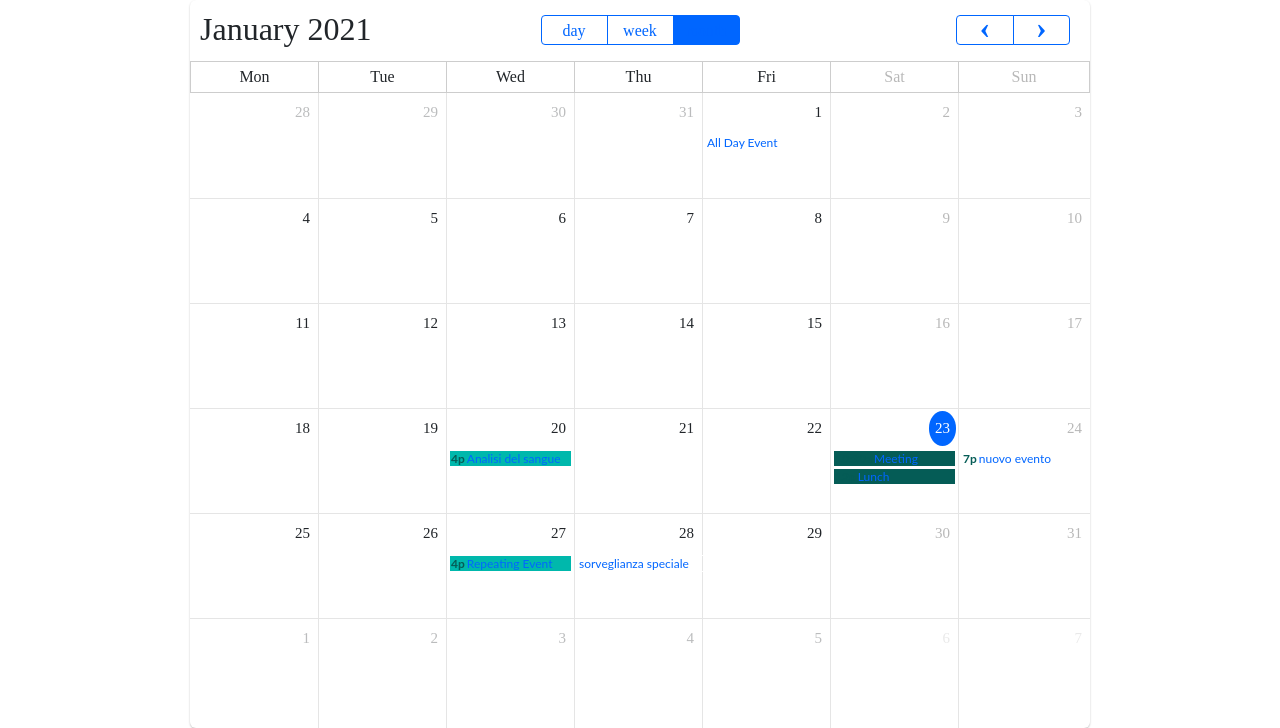
Repository: mohole/icare
Page: sviluppo/calendar/calendar.html
The author's editor kept a copy of each file at every save. The page is drawn from the files as they stood at one save, then again after the next save.
The browser window is 1280 px wide. The pictures show the whole page.
Some web fonts or font styles are not loaded; a fallback is used.

Above is the page before, as saved 2021-01-25 10:38:14.

After the next save:
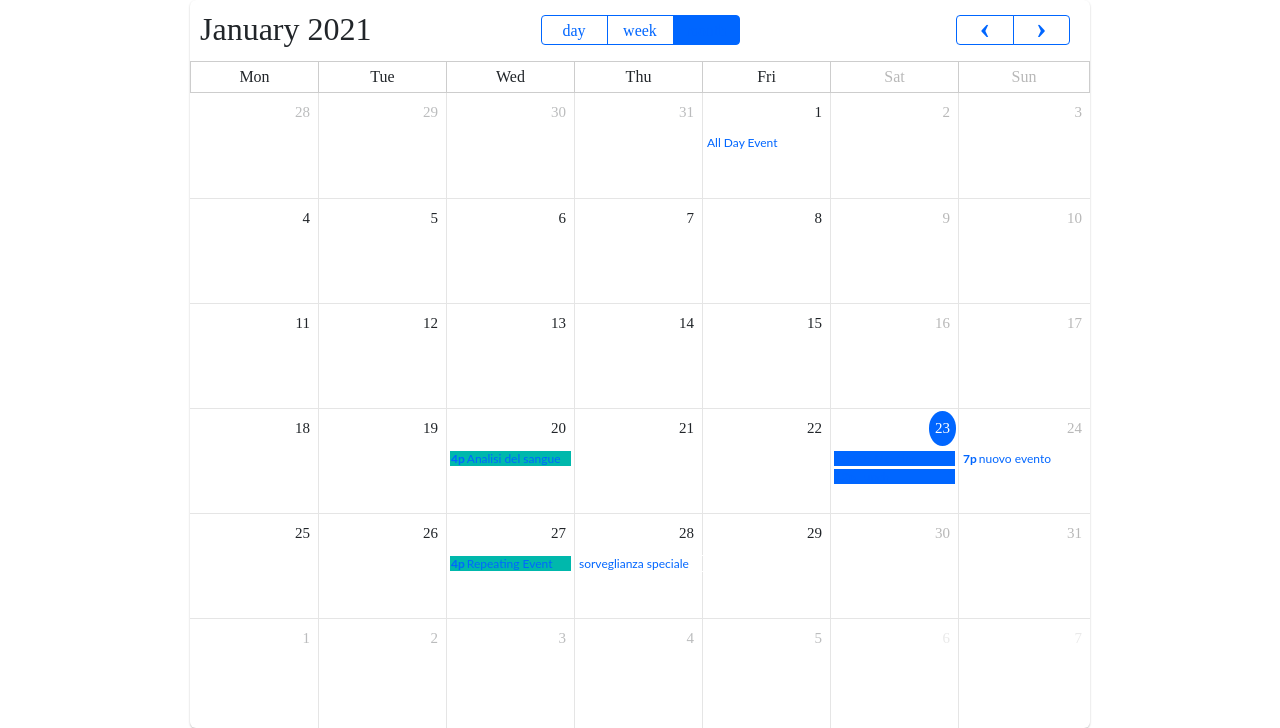
Saved 5 s later.
--- a/sviluppo/calendar/css/fullcalendar.css
+++ b/sviluppo/calendar/css/fullcalendar.css
@@ -2,7 +2,7 @@
 	--nav-width: 92px;
 	/*===== Colores =====*/
 	--first-color:#0066FF;
-		--event-color: #055c56;
+		--event-color: #0066FF;
 	--sub-color: #18B1A8;
 	--event-color2: #00b8ac;
 	--body-font: 'Montserrat';
